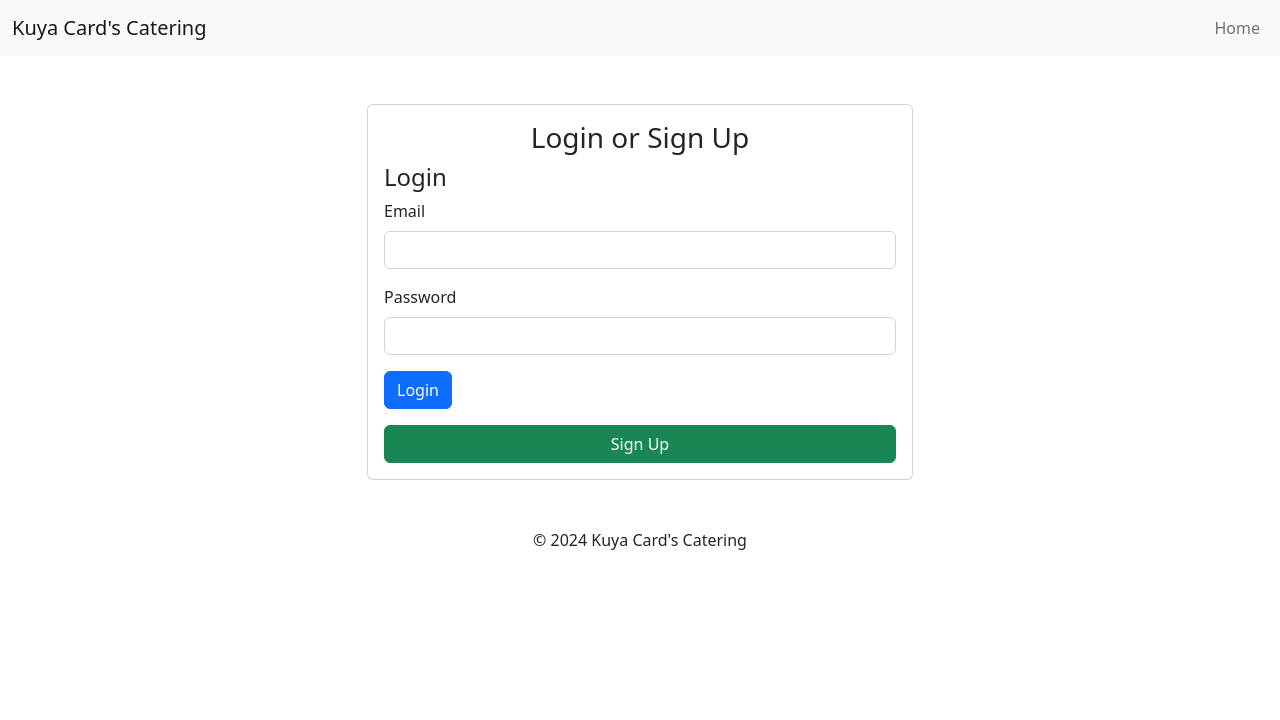
Repository: banbanny/kuyacards_catering
Page: http://localhost/
The author's editor kept a copy of each file at every save. The page is drawn from the files as they stood at one save, then again after the next save.
The browser window is 1280 px wide. The pictures show the whole page.
The page is run by PHP 8.4 with error messages shown; the project is at /var/www/html/.

Above is the page before, as saved 2024-11-29 12:29:46.

### index.php
<?php

require_once('php/catering_db.php');

// Check if the user is already logged in
if (isset($_SESSION['user_id'])) {
    header("Location: home.php"); // Redirect to home if already logged in
    exit();
}

if ($_SERVER['REQUEST_METHOD'] == 'POST') {
    if (isset($_POST['login'])) {
        // Sanitize email and password
        $email = htmlspecialchars(strip_tags($_POST['email']));
        $password = $_POST['password'];

        // Check if both email and password are provided
        if (empty($email) || empty($password)) {
            $login_error = "Please enter both email and password.";
            error_log("Login error: Both email and password are required.");
        } else {
            // Fetch user data from the database
            try {
                $sql = "SELECT * FROM users WHERE email = ?";
                $stmt = $db->prepare($sql);
                $stmt->execute([$email]);
                $user = $stmt->fetch(PDO::FETCH_ASSOC);

                if ($user) {
                    // Direct password comparison (since we are storing plain text passwords)
                    if ($password === $user['password']) {
                        // Password matches, set session and redirect
                        $_SESSION['user_id'] = $user['user_id'];
                        $_SESSION['email'] = $user['email'];
                        header("Location: index.php");
                        exit();
                    } else {
                        $login_error = "Invalid Email or Password!";
                        error_log("Login failed: Incorrect password for email: " . $email);
                    }
                } else {
                    $login_error = "Invalid Email or Password!";
                    error_log("Login failed: No user found with email: " . $email);
                }
            } catch (PDOException $e) {
                error_log("Database error: " . $e->getMessage());  // Log database-related errors
                $login_error = "There was an error with the database. Please try again.";
            }
        }
    }

    if (isset($_POST['signup'])) {
        // Check if email and password are provided
        if (!empty($_POST['email']) && !empty($_POST['password'])) {
            $email = htmlspecialchars(strip_tags($_POST['email']));
            $password = htmlspecialchars(strip_tags($_POST['password']));

            // Insert plain text password (no hashing)
            $sql = "INSERT INTO users (email, password) VALUES (?, ?)";
            $stmtinsert = $db->prepare($sql);

            try {
                $result = $stmtinsert->execute([$email, $password]); // Don't hash the password
                if ($result) {
                    header("Location: home.php?signup=success"); // Redirect to login form
                    exit();
                } else {
                    echo '<div class="alert alert-danger">Signup failed. Please try again.</div>';
                }
            } catch (PDOException $e) {
                echo '<div class="alert alert-danger">Error: ' . $e->getMessage() . '</div>';
            }
        } else {
            echo '<div class="alert alert-danger">Both email and password are required.</div>';
        }
    }
}
?>

<!DOCTYPE html>
<html lang="en">
<head>
    <meta charset="UTF-8" />
    <meta name="viewport" content="width=device-width, initial-scale=1.0" />
    <title>Login / Sign Up</title>
    <link href="https://cdn.jsdelivr.net/npm/bootstrap@5.2.3/dist/css/bootstrap.min.css" rel="stylesheet" />
    <style>
        .form-container {
            display: none;
        }

        .form-container.active {
            display: block;
        }
    </style>
</head>
<body>

<!-- Navbar -->
<nav class="navbar navbar-expand-lg navbar-light bg-light">
    <div class="container-fluid">
        <a class="navbar-brand" href="#">Kuya Card's Catering</a>
        <ul class="navbar-nav">
            <li class="nav-item">
                <a class="nav-link" href="index.php">Home</a>
            </li>
        </ul>
    </div>
</nav>

<div class="container mt-5">
    <div class="row justify-content-center">
        <div class="col-md-6">
            <div class="card">
                <div class="card-body">
                    <h3 class="text-center">Login or Sign Up</h3>

                    <!-- Display Success Message if Signup is successful -->
                    <?php if (isset($_GET['signup']) && $_GET['signup'] == 'success') { ?>
                        <div class="alert alert-success">Signup successful! Please log in.</div>
                    <?php } ?>

                    <!-- Login Form -->
                    <form id="loginForm" class="form-container active" action="home.php" method="POST">
                        <h4>Login</h4>
                        <div class="mb-3">
                            <label for="login-email" class="form-label">Email</label>
                            <input type="email" class="form-control" id="login-email" name="email" required />
                        </div>
                        <div class="mb-3">
                            <label for="login-password" class="form-label">Password</label>
                            <input type="password" class="form-control" id="login-password" name="password" required />
                        </div>
                        <?php if (isset($login_error)) { echo '<div class="alert alert-danger">' . $login_error . '</div>'; } ?>
                        <button type="submit" class="btn btn-primary mb-3" name="login">Login</button>

                        <!-- Sign Up Button -->
                        <button type="button" id="showSignup" class="btn btn-success w-100">Sign Up</button>
                    </form>

                    <!-- Sign Up Form -->
                    <form id="signupForm" class="form-container" action="home.php" method="POST">
                        <h4>Sign Up</h4>
                        <div class="mb-3">
                            <label for="signup-email" class="form-label">Email</label>
                            <input type="email" class="form-control" id="signup-email" name="email" required />
                        </div>
                        <div class="mb-3">
                            <label for="signup-password" class="form-label">Password</label>
                            <input type="password" class="form-control" id="signup-password" name="password" required />
                        </div>
                        <button type="submit" class="btn btn-success" name="signup">Sign Up</button>

                        <!-- Back to Login Button -->
                        <button type="button" id="showLogin" class="btn btn-primary w-100 mt-3">Back to Login</button>
                    </form>

                </div>
            </div>
        </div>
    </div>
</div>

<!-- Footer -->
<footer class="text-center mt-5">
    <p>&copy; 2024 Kuya Card's Catering</p>
</footer>

<script src="https://cdn.jsdelivr.net/npm/bootstrap@5.2.3/dist/js/bootstrap.bundle.min.js"></script>
<script>
    const loginForm = document.getElementById('loginForm');
    const signupForm = document.getElementById('signupForm');
    const showLogin = document.getElementById('showLogin');
    const showSignup = document.getElementById('showSignup');

    showLogin.addEventListener('click', () => {
        loginForm.classList.add('active');
        signupForm.classList.remove('active');
        // Reset the login form fields
        document.getElementById('login-email').value = '';
        document.getElementById('login-password').value = '';
    });

    showSignup.addEventListener('click', () => {
        signupForm.classList.add('active');
        loginForm.classList.remove('active');
        // Reset the signup form fields
        document.getElementById('signup-email').value = '';
        document.getElementById('signup-password').value = '';
    });
</script>

</body>
</html>

### php/catering_db.php
<?php

$db_user = "root";           // Database username
$db_pass = "";               // Database password
$db_name = "catering_db";    // Database name
$db_host = "localhost";      // Database host

try {
    // Use utf8mb4 charset for better Unicode support
    $dsn = "mysql:host=$db_host;dbname=$db_name;charset=utf8mb4";
    $db = new PDO($dsn, $db_user, $db_pass);

    // Set PDO error mode to exception for easier debugging
    $db->setAttribute(PDO::ATTR_ERRMODE, PDO::ERRMODE_EXCEPTION);
} catch (PDOException $e) {
    // Log error and show generic error message
    error_log("Database connection error: " . $e->getMessage()); // Log the error for debugging
    die('Database connection failed. Please try again later.');   // Generic error message
}

After the next save:
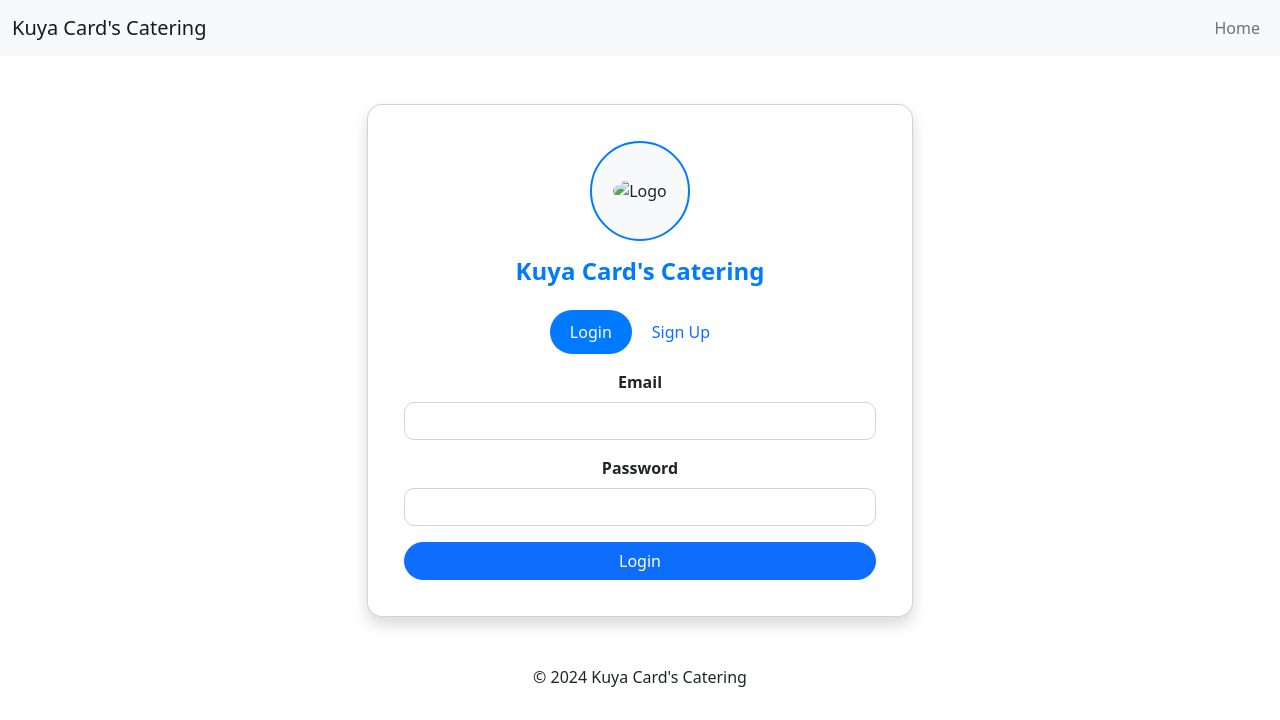
Console error: TypeError: Cannot read properties of null (reading 'addEventListener')
Not found: logo.png
Saved 2 min 53 s later.
--- a/index.php
+++ b/index.php
@@ -111,55 +111,107 @@ if ($_SERVER['REQUEST_METHOD'] == 'POST') {
 <div class="container mt-5">
     <div class="row justify-content-center">
         <div class="col-md-6">
-            <div class="card">
+            <div class="card shadow text-center">
                 <div class="card-body">
-                    <h3 class="text-center">Login or Sign Up</h3>
-
-                    <!-- Display Success Message if Signup is successful -->
-                    <?php if (isset($_GET['signup']) && $_GET['signup'] == 'success') { ?>
-                        <div class="alert alert-success">Signup successful! Please log in.</div>
-                    <?php } ?>
-
-                    <!-- Login Form -->
-                    <form id="loginForm" class="form-container active" action="home.php" method="POST">
-                        <h4>Login</h4>
-                        <div class="mb-3">
-                            <label for="login-email" class="form-label">Email</label>
-                            <input type="email" class="form-control" id="login-email" name="email" required />
+                    <!-- Logo -->
+                    <div class="logo-container mx-auto mb-3">
+                        <img src="logo.png" alt="Logo" class="img-fluid rounded-circle" />
+                    </div>
+                    <h4 class="mb-4">Kuya Card's Catering</h4>
+
+                    <!-- Tabs -->
+                    <ul class="nav nav-pills justify-content-center mb-3" id="pills-tab" role="tablist">
+                        <li class="nav-item" role="presentation">
+                            <button class="nav-link active" id="pills-login-tab" data-bs-toggle="pill" data-bs-target="#pills-login" type="button" role="tab" aria-controls="pills-login" aria-selected="true">Login</button>
+                        </li>
+                        <li class="nav-item" role="presentation">
+                            <button class="nav-link" id="pills-signup-tab" data-bs-toggle="pill" data-bs-target="#pills-signup" type="button" role="tab" aria-controls="pills-signup" aria-selected="false">Sign Up</button>
+                        </li>
+                    </ul>
+
+                    <!-- Form Content -->
+                    <div class="tab-content" id="pills-tabContent">
+                        <!-- Login Form -->
+                        <div class="tab-pane fade show active" id="pills-login" role="tabpanel" aria-labelledby="pills-login-tab">
+                            <form action="home.php" method="POST">
+                                <div class="mb-3">
+                                    <label for="login-email" class="form-label">Email</label>
+                                    <input type="email" class="form-control" id="login-email" name="email" required />
+                                </div>
+                                <div class="mb-3">
+                                    <label for="login-password" class="form-label">Password</label>
+                                    <input type="password" class="form-control" id="login-password" name="password" required />
+                                </div>
+                                <?php if (isset($login_error)) { echo '<div class="alert alert-danger">' . $login_error . '</div>'; } ?>
+                                <button type="submit" class="btn btn-primary w-100" name="login">Login</button>
+                            </form>
                         </div>
-                        <div class="mb-3">
-                            <label for="login-password" class="form-label">Password</label>
-                            <input type="password" class="form-control" id="login-password" name="password" required />
+
+                        <!-- Sign Up Form -->
+                        <div class="tab-pane fade" id="pills-signup" role="tabpanel" aria-labelledby="pills-signup-tab">
+                            <form action="home.php" method="POST">
+                                <div class="mb-3">
+                                    <label for="signup-email" class="form-label">Email</label>
+                                    <input type="email" class="form-control" id="signup-email" name="email" required />
+                                </div>
+                                <div class="mb-3">
+                                    <label for="signup-password" class="form-label">Password</label>
+                                    <input type="password" class="form-control" id="signup-password" name="password" required />
+                                </div>
+                                <button type="submit" class="btn btn-success w-100" name="signup">Sign Up</button>
+                            </form>
                         </div>
-                        <?php if (isset($login_error)) { echo '<div class="alert alert-danger">' . $login_error . '</div>'; } ?>
-                        <button type="submit" class="btn btn-primary mb-3" name="login">Login</button>
-
-                        <!-- Sign Up Button -->
-                        <button type="button" id="showSignup" class="btn btn-success w-100">Sign Up</button>
-                    </form>
-
-                    <!-- Sign Up Form -->
-                    <form id="signupForm" class="form-container" action="home.php" method="POST">
-                        <h4>Sign Up</h4>
-                        <div class="mb-3">
-                            <label for="signup-email" class="form-label">Email</label>
-                            <input type="email" class="form-control" id="signup-email" name="email" required />
-                        </div>
-                        <div class="mb-3">
-                            <label for="signup-password" class="form-label">Password</label>
-                            <input type="password" class="form-control" id="signup-password" name="password" required />
-                        </div>
-                        <button type="submit" class="btn btn-success" name="signup">Sign Up</button>
-
-                        <!-- Back to Login Button -->
-                        <button type="button" id="showLogin" class="btn btn-primary w-100 mt-3">Back to Login</button>
-                    </form>
-
+                    </div>
                 </div>
             </div>
         </div>
     </div>
 </div>
+
+<style>
+    .card {
+        border-radius: 15px;
+        padding: 20px;
+        background-color: #ffffff;
+    }
+    .logo-container {
+        width: 100px;
+        height: 100px;
+        border: 2px solid #007bff;
+        border-radius: 50%;
+        padding: 10px;
+        display: flex;
+        justify-content: center;
+        align-items: center;
+        background-color: #f8f9fa;
+    }
+    .logo-container img {
+        max-width: 80%;
+        max-height: 80%;
+        border-radius: 50%;
+    }
+    h4 {
+        color: #007bff;
+        font-weight: bold;
+    }
+    .nav-pills .nav-link {
+        border-radius: 30px;
+        padding: 10px 20px;
+    }
+    .nav-pills .nav-link.active {
+        background-color: #007bff;
+        color: #fff;
+    }
+    .form-label {
+        font-weight: bold;
+    }
+    .form-control {
+        border-radius: 10px;
+    }
+    .btn {
+        border-radius: 30px;
+    }
+</style>
 
 <!-- Footer -->
 <footer class="text-center mt-5">
